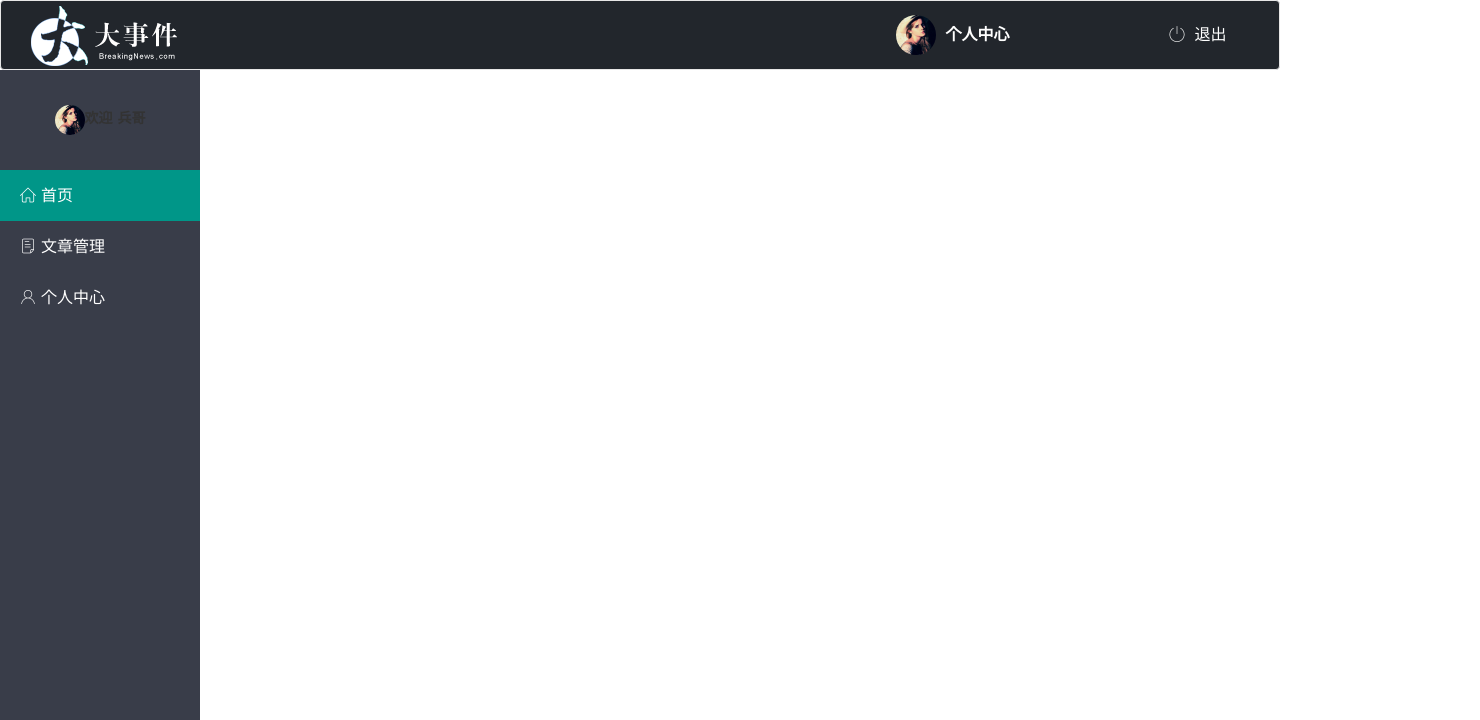
Repository: pursuit-YHP/project_dashijian
Page: index.html
The author's editor kept a copy of each file at every save. The page is drawn from the files as they stood at one save, then again after the next save.
The browser window is 1280 px wide. The page is 1280 px wide, then 1480 px, then 1280 px, so the pictures cover 1480 px, including what lies to the right of the window. The pictures show the whole page.
The style sheet was rebuilt from its Sass, Less or Tailwind sources for each picture, by a compiler version that may differ from the author's.

Above is the page before, as saved 2022-03-13 20:42:00.

### index.html
<!DOCTYPE html>
<html lang="en">

<head>
    <meta charset="UTF-8">
    <meta http-equiv="X-UA-Compatible" content="IE=edge">
    <meta name="viewport" content="width=device-width, initial-scale=1.0">
    <title>Document</title>
    <link rel="stylesheet" href="./assets/lib/bootstrap.css">
    <link rel="stylesheet" href="./assets/css/index.css">
    <link rel="stylesheet" href="./assets/fonts/iconfont.css">
</head>

<body>
    <!-- 头部 -->
    <nav class="navbar navbar-default">
        <div class="container-fluid">
            <div class="navbar-header">
                <a class="navbar-brand" href="#">
                    <img alt="Brand" src="./assets/images/logo.png">
                </a>
            </div>
            <div class="setting">
                <div class="tx_zoom">
                    <div class="touxiang"></div>
                    <label class="myzoon">个人中心</label>
                </div>
                <div class="unlogin">
                    <span class="iconfont icon-tuichu"></span>
                    <span>退出</span>
                </div>
            </div>
        </div>

    </nav>
    <!-- 侧边导航栏 -->
    <aside>
        <div class="aside_head">
            <span></span>
            <label for="">欢迎 </label>
            <label for="" style="margin-left: 5px;"> 兵哥</label>
        </div>
        <div class="aside_body">
            <ul>
                <li class="current_li">
                    <a href="javascript:;"><span class="iconfont icon-home"></span>首页</a>
                </li>
                <li><a href="javasecipt:;"><span class="iconfont icon-16"></span>文章管理</a></li>
                <ul>
                    <li><a href=""><span class="iconfont icon-16"></span>文章类别</a></li>
                    <li><a href=""><span class="iconfont icon-16"></span>文章列表</a></li>
                    <li><a href=""><span class="iconfont icon-16"></span>发表文章</a></li>
                </ul>
                <li><a href="javasecipt:;"><span class="iconfont icon-user"></span>个人中心</a></li>
                <ul>
                    <li><a href=""><span class="iconfont icon-16"></span>基本资料</a></li>
                    <li><a href=""><span class="iconfont icon-16"></span>更换头像</a></li>
                    <li><a href=""><span class="iconfont icon-16"></span>重置密码</a></li>
                </ul>
            </ul>
        </div>
    </aside>
    <!-- 中心区域 -->
    <main>

    </main>
</body>

</html>

### assets/css/index.less
*{
    padding: 0;
    margin: 0;
}
a{
    text-decoration: none;
    color: white;
}

a:link {
    color: white;
    text-decoration: none;
}
/*已经访问过的链接*/
a:visited {
    text-decoration: none;
    color: white;
}
/*鼠标划过(停留)的链接*/
a:hover {
    color: white;
    text-decoration: none;
}
/* 正在点击的链接*/
a:active {
    color: white;
    text-decoration: none;
}
.navbar-default{
    height: 70px;
    background-color: rgba(34, 38, 44)!important;

    img{
        margin-left: 15px;
        margin-top: -10px;
    }
}
.setting{
    width: 30%;
    height: 100%;
    position: absolute;
    top: 0;
    right: 0;
    display: flex;
    align-items: center;
    justify-content: space-around;
}
.tx_zoom{
    flex:1;
    display: flex;
    align-items: center;
}
.touxiang{
    display: inline-block;
    width: 40px;
    height: 40px;
    border-radius: 50%;
    background: url(../images/sample.jpg) no-repeat center;
    background-size: 40px auto;
}
.myzoon{
    display: inline-block;
    margin-left: 10px;
    color: white;
    font-size: 16px;
    margin-bottom: 0;
}
.unlogin{
    width: 80px;
    margin-right: 30px;
    color: white;
    font-size: 16px;
}

aside{
    position: fixed;
    left: 0;
    top: 70px;
    width: 200px;
    height: 100%;
    background-color: #393D49;
}
.aside_head{
    width: 100%;
    height: 100px;
    line-height: 100px;
    text-align: center;
    display: flex;
    align-items: center;
    justify-content: center;
    span{
        display: inline-block;
        width: 30px;
        height: 30px;
        border-radius: 50%;
        background: url(../images/sample.jpg) no-repeat center;
        background-size: 30px;
    }
}
.aside_body{
    li{
        padding: 15px 20px;
        font-size: 16px;
        line-height: 20px;
    }
    >ul ul{
        display: none;
        li{
            padding-left: 30px;
        }
    }
}

.iconfont{
    margin-right: 5px;
}
.current_li{
    background-color: rgba(0, 150, 136);
}
main{
    position: absolute;
    top: 60px;
    left: 200px;
    background-color: black;
}

Loaded but not shown: assets/lib/bootstrap.css (library); assets/fonts/iconfont.css (common file)

After the next save:
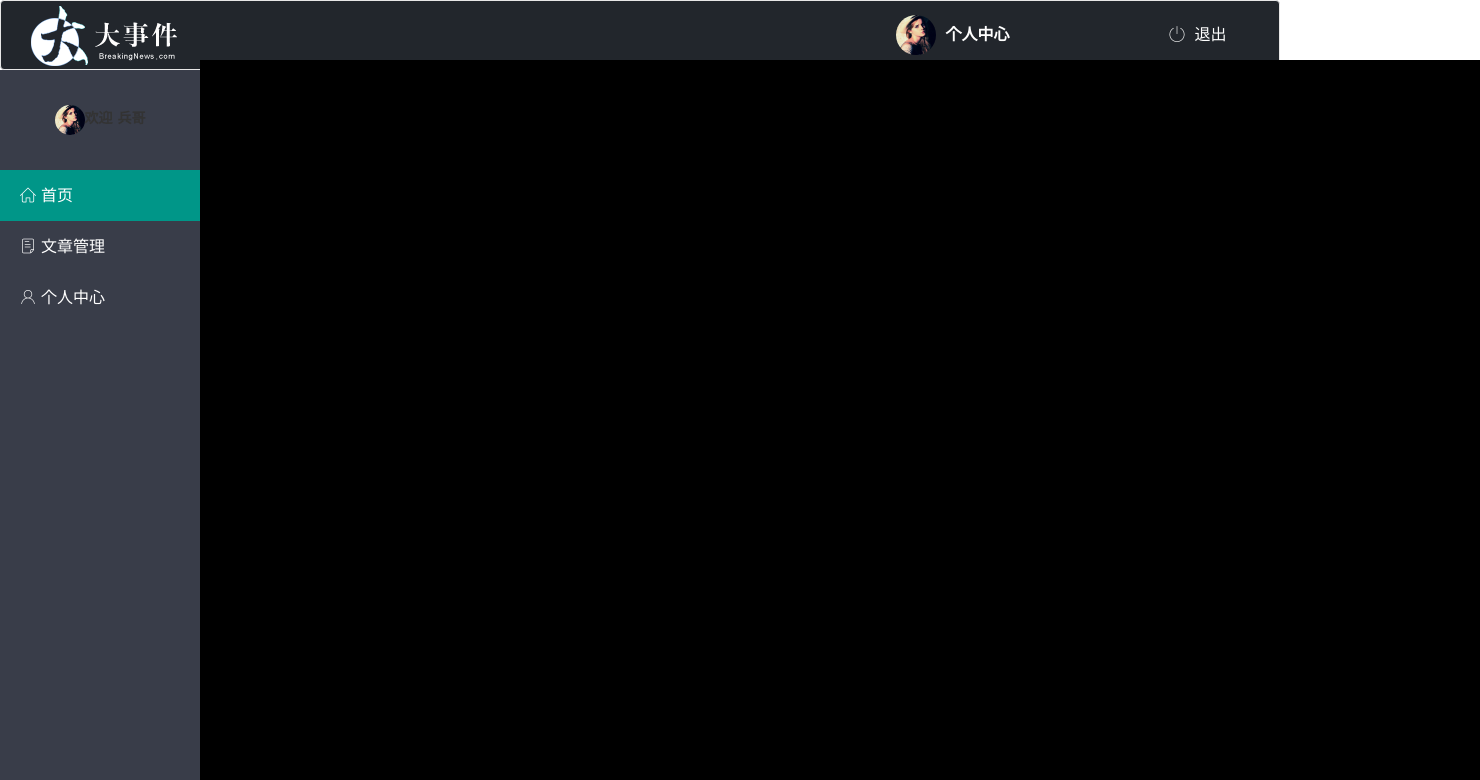
Saved 24 s later.
--- a/assets/css/index.less
+++ b/assets/css/index.less
@@ -118,6 +118,8 @@
     background-color: rgba(0, 150, 136);
 }
 main{
+    width: 100%;
+    height: 100%;
     position: absolute;
     top: 60px;
     left: 200px;

After the save that followed:
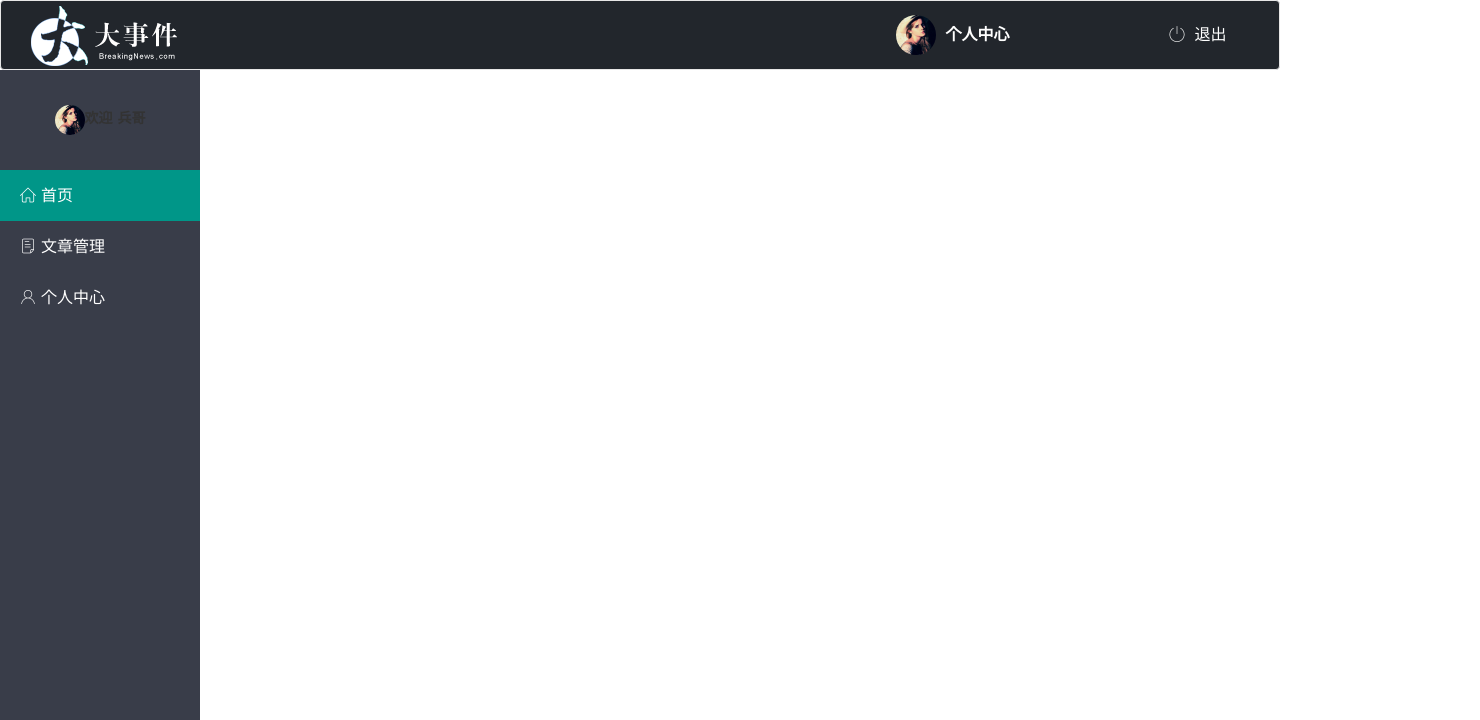
Saved 64 s later.
--- a/assets/css/index.less
+++ b/assets/css/index.less
@@ -118,9 +118,8 @@
     background-color: rgba(0, 150, 136);
 }
 main{
-    width: 100%;
-    height: 100%;
-    position: absolute;
+    width: auto;
+    position: fixed;
     top: 60px;
     left: 200px;
     background-color: black;
